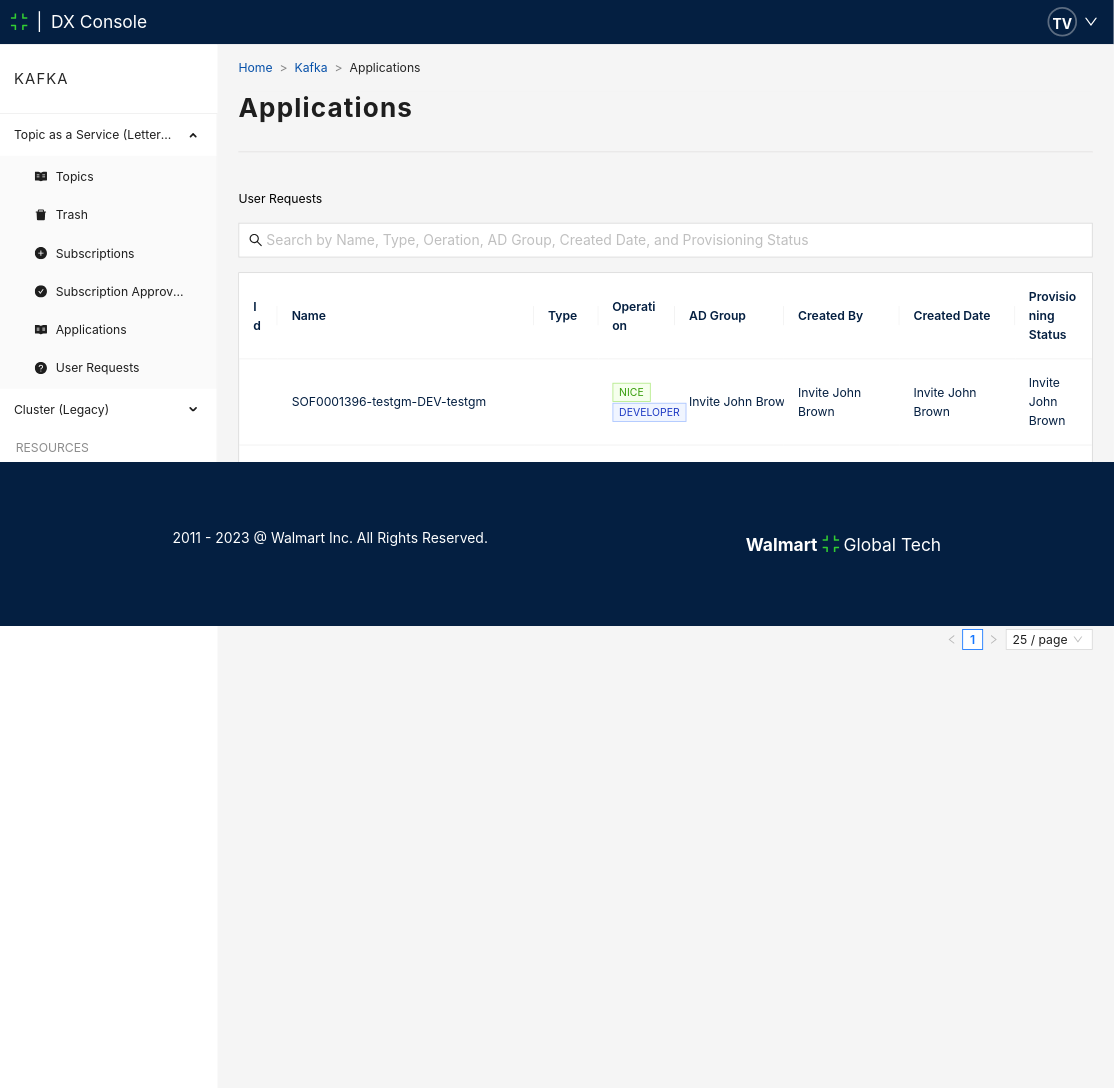
Repository: Qianying-Chai/kafka
Page: /kafka/requests
An editor plug-in stored every save of this project. The page is shown before and after the next save, followed by the edit.
The browser window is 1280 px wide. The pictures show the whole page, at 87% of full size.
The project was rebuilt for these pictures with package versions that can differ from the ones it lists, and the page was loaded fresh each time. Also part of the build but not shown: src/pages/Taas/Topics/Topics.jsx, src/pages/Taas/Trash/Style/Trash.css, src/pages/Taas/Trash/Trash.jsx, src/pages/Taas/SubscriptionApprovals/SubscriptionApprovals.jsx, src/pages/Taas/Subscriptions/SubscriptionsNonProxy/SubscriptionsNonProxy.jsx, src/pages/Taas/Subscriptions/SubscriptionsProxy/SubscriptionsProxy.jsx, src/pages/Taas/Applications/Applications.jsx, src/pages/Components/ComponentsCard.jsx and 6 more.

Above is the page before, as saved 2024-01-12 22:38:48.

### src/index.js
import React from "react";
import ReactDOM from "react-dom/client";
import App from "./App";
import { BrowserRouter } from "react-router-dom";
import { Provider } from "react-redux";
import store from "../src/redux/store";
import "./style/index.css";

const root = ReactDOM.createRoot(document.getElementById("root"));
root.render(
  <Provider store={store}>
    <BrowserRouter>
      <App />
    </BrowserRouter>
  </Provider>
);

### src/App.js
import Header from "./pages/common/Header";
import Sider from "./pages/common/Sider.jsx";
import categoryConstants from "./pages/common/categoryConstants";
import Topics from "./pages/Taas/Topics/Topics";
import Trash from "./pages/Taas/Trash/Trash";
import SubscriptionApprovals from "./pages/Taas/SubscriptionApprovals/SubscriptionApprovals";
import SubscriptionsNonProxy from "./pages/Taas/Subscriptions/SubscriptionsNonProxy/SubscriptionsNonProxy";
import SubscriptionsProxy from "./pages/Taas/Subscriptions/SubscriptionsProxy/SubscriptionsProxy";
import Applications from "./pages/Taas/Applications/Applications";
import UserRequests from "./pages/Taas/UserRequests/UserRequests";
import Clusters from "./pages/Cluster/Clusters";
import MigratedClusters from "./pages/Cluster/MigratedClusters";
import Subscription from "./pages/Cluster/Subscription";
import UserRequestsLegacy from "./pages/Cluster/UserRequestsLegacy";
import Support from "./pages/Resources/Support";
import Footer from "./pages/common/Footer";
import { Routes, Route } from "react-router-dom";
import { Layout } from "antd";

function App() {
  return (
    <div className="App">
      <Layout>
        <Header />
        <Layout>
          <Sider />
          <Layout
            style={{
              padding: "0 24px 24px",
              height: "fit-content",
            }}
          >
            <Routes>
              <Route
                path={`kafka/${categoryConstants.TOPICS.toLowerCase()}`}
                element={<Topics />}
              />
              <Route
                path={`kafka/${categoryConstants.TRASH.toLowerCase()}`}
                element={<Trash />}
              />
              <Route
                path={`kafka/${categoryConstants.SUBSCRIPTIONS.toLowerCase()}_active_tab=nonProxy`}
                element={<SubscriptionsNonProxy />}
              />
              <Route
                path={`kafka/${categoryConstants.SUBSCRIPTIONS.toLowerCase()}_active_tab=proxy`}
                element={<SubscriptionsProxy />}
              />
              <Route
                path={`kafka/subscriptionRequests`}
                element={<SubscriptionApprovals />}
              />
              <Route
                path={`kafka/${categoryConstants.APPLICATIONS.toLowerCase()}`}
                element={<Applications />}
              />
              <Route path={`kafka/requests`} element={<UserRequests />} />
              <Route
                path={`kafka/${categoryConstants.CLUSTERS.toLowerCase()}`}
                element={<Clusters />}
              />
              <Route
                path={`kafka/mps-clusters-subscriptions`}
                element={<MigratedClusters />}
              />
              <Route
                path={`kafka/${categoryConstants.SUBSCRIPTION.toLowerCase()}`}
                element={<Subscription />}
              />
              <Route
                path={`kafka/legacy-requests`}
                element={<UserRequestsLegacy />}
              />
              <Route
                path={`kafka/${categoryConstants.SUPPORT.toLowerCase()}`}
                element={<Support />}
              />
            </Routes>
          </Layout>
        </Layout>
        <Footer />
      </Layout>
    </div>
  );
}

export default App;

### src/redux/store.jsx
import { configureStore } from "@reduxjs/toolkit";
import reducer from "./reducer";
const store = configureStore({ reducer: reducer });
export default store;

### src/pages/common/Header.jsx
import React from "react";
import "./Style/Header.css";
import { CompressOutlined, UpOutlined, DownOutlined } from "@ant-design/icons";
import { Layout } from "antd";
import { useState } from "react";
const Header = () => {
  const [login, setLogin] = useState(true);

  return (
    <Layout>
      <Layout.Header className="header">
        <div className="header-content-left">
          <CompressOutlined className="header-left-icon" />
          <span className="header-left-divider">|</span>
          <span className="header-left-dx-console">DX Console </span>
        </div>
        <div className="header-content-right">
          <div className="user">
            <div className="user-icon">TV</div>
            {login ? (
              <DownOutlined
                className="login-button"
                onClick={() => {
                  setLogin((state) => !state);
                }}
              />
            ) : (
              <UpOutlined
                className="logout-button"
                onClick={() => {
                  setLogin((state) => !state);
                }}
              />
            )}
          </div>
          <div
            className="logout-pop-up"
            style={{
              display: login ? "none" : "block",
            }}
          >
            LOGOUT
          </div>
        </div>
      </Layout.Header>
    </Layout>
  );
};
export default Header;

### src/pages/common/Sider.jsx
import React from "react";
import { Link } from "react-router-dom";
import "./Style/Sider.css";
import {
  ReadFilled,
  DeleteFilled,
  PlusCircleFilled,
  CheckCircleFilled,
  QuestionCircleFilled,
  HddFilled,
  SettingFilled,
} from "@ant-design/icons";
import { Layout, Menu, theme, ConfigProvider } from "antd";
import categoryConstants from "./categoryConstants";

const Sider = () => {
  const {
    token: { colorBgContainer },
  } = theme.useToken();

  const items = [
    {
      key: "Topic as a Service (Lettera)",
      label: "Topic as a Service (Lettera)",
      children: [
        {
          key: "Topics",
          label: (
            <Link to={`kafka/${categoryConstants.TOPICS.toLowerCase()}`}>
              {categoryConstants.TOPICS}
            </Link>
          ),
          icon: React.createElement(ReadFilled),
        },
        {
          key: "Trash",
          label: (
            <Link to={`kafka/${categoryConstants.TRASH.toLowerCase()}`}>
              {categoryConstants.TRASH}
            </Link>
          ),
          icon: React.createElement(DeleteFilled),
        },
        {
          key: "Subscriptions",
          label: (
            <Link
              to={`kafka/${categoryConstants.SUBSCRIPTIONS.toLowerCase()}_active_tab=nonProxy`}
            >
              {categoryConstants.SUBSCRIPTIONS}
            </Link>
          ),
          icon: React.createElement(PlusCircleFilled),
        },
        {
          key: "Subscription Approvals",
          label: (
            <Link to={`kafka/subscriptionRequests`}>
              {categoryConstants.SUBSCRIPTIONS_APPROVALS.replace("_", " ")}
            </Link>
          ),
          icon: React.createElement(CheckCircleFilled),
        },
        {
          key: "Applications",
          label: (
            <Link to={`kafka/${categoryConstants.APPLICATIONS.toLowerCase()}`}>
              {categoryConstants.APPLICATIONS}
            </Link>
          ),
          icon: React.createElement(ReadFilled),
        },
        {
          key: "User Requests",
          label: (
            <Link to={`kafka/requests`}>
              {categoryConstants.USER_REQUESTS.replace("_", " ")}
            </Link>
          ),
          icon: React.createElement(QuestionCircleFilled),
        },
      ],
    },
    {
      label: <div>Cluster (Legacy)</div>,
      key: "Cluster (Legacy)",
      children: [
        {
          key: "Clusters",
          label: (
            <Link to={`kafka/${categoryConstants.CLUSTERS.toLowerCase()}`}>
              {categoryConstants.CLUSTERS}
            </Link>
          ),
          icon: React.createElement(HddFilled),
        },
        {
          key: "Migrated Clusters",
          label: (
            <Link to={`kafka/mps-clusters-subscriptions`}>
              {categoryConstants.MIGRATED_CLUSTERS.replace("_", " ")}
            </Link>
          ),
          icon: React.createElement(HddFilled),
        },
        {
          key: "Subscription",
          label: (
            <Link to={`kafka/${categoryConstants.SUBSCRIPTION.toLowerCase()}`}>
              {categoryConstants.SUBSCRIPTION}
            </Link>
          ),
          icon: React.createElement(PlusCircleFilled),
        },
        {
          key: "User Requests (Legacy)",
          label: (
            <Link to={`kafka/legacy-requests`}>User Requests (Legacy)</Link>
          ),
          icon: React.createElement(QuestionCircleFilled),
        },
      ],
    },
    {
      label: <div>RESOURCES</div>,
      type: "group",
      key: "RESOURCES",
      children: [
        {
          key: "Supprot",
          label: (
            <Link to={`kafka/${categoryConstants.SUPPORT.toLowerCase()}`}>
              {categoryConstants.SUPPORT}
            </Link>
          ),
          icon: React.createElement(SettingFilled),
        },
      ],
    },
  ];

  return (
    <ConfigProvider
      theme={{
        components: {
          Menu: {
            itemHoverBg: "",
            itemHoverColor: "#1890ff",
            padding: 30,
          },
          Tabs: {
            inkBarColor: "rgb(4, 31, 65)",
          },
        },
      }}
    >
      <Layout.Sider
        className="sider"
        width={"250px"}
        style={{
          background: colorBgContainer,
        }}
      >
        <div className="slider-top">
          <span className="slider-top-content">KAFKA</span>
        </div>
        <div
          style={{
            marginLeft: "-12px",
          }}
        >
          <div></div>
          <Menu
            mode="inline"
            items={items}
            defaultOpenKeys={["Topic as a Service (Lettera)", "RESOURCES"]}
            style={{
              color: "#041f41",
            }}
          />
        </div>
      </Layout.Sider>
    </ConfigProvider>
  );
};
export default Sider;

### src/pages/common/categoryConstants.jsx
const categoryConstants = {
  TOPICS: "Topics",
  TRASH: "Trash",
  SUBSCRIPTIONS: "Subscriptions",
  SUBSCRIPTIONS_APPROVALS: "Subscription Approvals",
  APPLICATIONS: "Applications",
  USER_REQUESTS: "User Requests",
  CLUSTERS: "Clusters",
  MIGRATED_CLUSTERS: "Migrated Clusters",
  SUBSCRIPTION: "Subscription",
  USERE_REQUESTS_LEGACY: "User Requests Legacy",
  SUPPORT: "Support",
};

export default categoryConstants;

### src/pages/Taas/UserRequests/UserRequests.jsx
import React from "react";
import ComponentsContent from "../../Components/ComponentsContent";

import ComponentsTable from "../../Components/ComponentsTable";
import ComponentsInput from "../../Components/ComponentsInput";
import ComponentsPagination from "../../Components/ComponentsPagination";
import categoryConstants from "../../common/categoryConstants";
import ComponentsTitle from "../../Components/ComponentsTitle";
import ComponentsBreadcrumb from "../../Components/ComponentsBreadcrumb";

import { Space, Tag } from "antd";

const UserRequests = () => {
  const columns = [
    {
      title: "Id",
      dataIndex: "Id",
      key: "Id",
      width: "6%",
      render: (text) => <a>{text}</a>,
    },
    {
      title: "Name",
      dataIndex: "Name",
      key: "Name",
      width: "40%",
      render: (_, record) => (
        <Space size="middle">
          <a> SOF0001396-testgm-DEV-testgm</a>
        </Space>
      ),
    },
    {
      title: "Type",
      dataIndex: "Type",
      key: "Type",
      width: "10%",
    },
    {
      title: "Operation",
      key: "Operation",
      dataIndex: "Operation",
      width: "12%",
      render: (_, { tags }) => (
        <>
          {tags.map((tag) => {
            let color = tag.length > 5 ? "geekblue" : "green";
            if (tag === "loser") {
              color = "volcano";
            }
            return (
              <Tag color={color} key={tag}>
                {tag.toUpperCase()}
              </Tag>
            );
          })}
        </>
      ),
    },
    {
      title: "AD Group",
      key: "AD Group",
      width: "17%",
      ellipsis: true,
      render: (_, record) => (
        <Space size="middle">
          <a>Invite {record.name}</a>
        </Space>
      ),
    },
    {
      title: "Created By",
      key: "Created By",
      width: "18%",
      render: (_, record) => (
        <Space size="middle">
          <a>Invite {record.name}</a>
        </Space>
      ),
    },
    {
      title: "Created Date",
      key: "Created Date",
      width: "18%",

      render: (_, record) => (
        <Space size="middle">
          <a>Invite {record.name}</a>
        </Space>
      ),
    },
    {
      title: "Provisioning Status",
      key: "Provisioning Status",
      width: "12%",
      render: (_, record) => (
        <Space size="middle">
          <a>Invite {record.name}</a>
        </Space>
      ),
    },
  ];
  const data = [
    {
      key: "1",
      name: "John Brown",
      age: 32,
      address: "New York No. 1 Lake Park",
      tags: ["nice", "developer"],
    },
    {
      key: "2",
      name: "Jim Green",
      age: 42,
      address: "London No. 1 Lake Park",
      tags: ["loser"],
    },
    {
      key: "3",
      name: "Joe Black",
      age: 32,
      address: "Sydney No. 1 Lake Park",
      tags: ["cool", "teacher"],
    },
  ];
  return (
    <>
      <div>
        <ComponentsBreadcrumb
          items={[
            {
              title: "Home",
            },
            {
              title: "Kafka",
            },
            {
              title: "Applications",
            },
          ]}
        />
        <div className="content-banner">
          <ComponentsTitle title={categoryConstants.APPLICATIONS} />
        </div>
      </div>
      {/* <ComponentsTitle title={categoryConstants.USER_REQUESTS}> */}
      <p className="content-text">User Requests</p>
      <ComponentsInput
        placeholder={
          "Search by Name, Type, Oeration, AD Group, Created Date, and Provisioning Status"
        }
      />
      <ComponentsTable columns={columns} data={data} />
      <ComponentsPagination defaultPageSize={25} total={25} />
      {/* </ComponentsTitle> */}
    </>
  );
};
export default UserRequests;

### src/pages/common/Footer.jsx
import React from "react";
import { Layout } from "antd";
import { CompressOutlined } from "@ant-design/icons";
import "./Style/Footer.css";

const Footer = () => {
  return (
    <Layout.Footer className="footer">
      <div className="footer-text-left">
        2011 - 2023 @ Walmart Inc. All Rights Reserved.
      </div>
      <div className="footer-text-right">
        <span className="footer-text-right-walmart">Walmart</span>
        <CompressOutlined className="footer-icon" />
        <span className="footer-text-right-global-tech">Global Tech</span>
      </div>
    </Layout.Footer>
  );
};

export default Footer;

### src/redux/reducer.jsx
import { SET_PATH_NAME, SET_SELECTED_TAAS_SUBSCRIPTIONS } from "./constants";
const initialState = {
  pathName: "",
  selectedTaasSubscriptions: "nonProxy",
};
const reducer = (state = initialState, action) => {
  const { type, payload } = action;
  switch (type) {
    case SET_PATH_NAME:
      return { ...state, pathName: payload };
    case SET_SELECTED_TAAS_SUBSCRIPTIONS:
      return { ...state, selectedTaasSubscriptions: payload };
    default:
      return state;
  }
};

export default reducer;

### src/pages/common/Style/Header.css
.header {
  justify-content: space-between;
  padding: 0 12px;
  background-color: rgb(4, 31, 65);
  height: 51px;
  line-height: 51px;
  color: #ffffff;
}

.header,
.user {
  display: flex;
}

.header-content-left {
  font-size: 20px;
}

.header-left-icon {
  color: #32cd32;
}

.header-left-divider {
  margin: 0 10px;
}

.header-content-right {
  font-weight: bolder;
  flex-direction: column;
  font-size: 1rem;
  width: 76px;
  padding-left: 12px;
}

.user {
  margin: 8px 0px;
}
.user-icon {
  height: 34px;
  line-height: 34px;
  width: 34px;
  border-radius: 50%;
  text-align: center;
}
.user-icon,
.logout-pop-up {
  border: 2px solid rgba(225, 225, 225, 0.4);
}

.login-button,
.logout-button {
  padding-left: 8px;
}

.logout-pop-up {
  transition: all 10s ease-out;
  width: 100px;
  height: 60px;
  line-height: 60px;
  position: absolute;
  right: 0px;
  z-index: 999;
  font-size: 15px;
  letter-spacing: 1pt;
  text-align: center;
  justify-content: center;
  color: rgb(94, 91, 91);
  box-shadow: 0px 0px 4px 4px rgba(176, 174, 174, 0.4);
}

### src/pages/common/Style/Sider.css
.sider {
  min-height: 1200px;
}

.slider-top {
  height: 80px;
  border-bottom: 1px solid rgb(239, 239, 239);
}
.slider-top-content {
  height: 100%;
  display: flex;
  align-items: center;
  margin-left: 16px;
  letter-spacing: 1pt;
  font-size: 17px;
  color: #000000d9;
}

### src/pages/Components/ComponentsTable.jsx
import { ConfigProvider, Table } from "antd";

const ComponentsTable = (props) => {
  return (
    <ConfigProvider
      theme={{
        components: {
          Table: {
            headerBg: "#ffffff",
            headerColor: "#041F41",
          },
        },
        token: {
          colorLink: "rgb(4, 31, 65)",
          borderRadius: 0,
        },
      }}
    >
      <Table
        style={{ border: "1px solid	#d7d7d7", margin: "12px 0" }}
        columns={props.columns}
        dataSource={props.data}
        pagination={false}
      />
    </ConfigProvider>
  );
};

export default ComponentsTable;

### src/pages/Components/ComponentsInput.jsx
import { SearchOutlined } from "@ant-design/icons";
import { Input } from "antd";

const ComponentsInput = (props) => {
  return (
    <>
      <Input
        size="large"
        placeholder={props.placeholder}
        prefix={<SearchOutlined />}
        style={{ borderRadius: "0px", marginBottom: "5px" }}
      />
    </>
  );
};

export default ComponentsInput;

### src/pages/Components/ComponentsPagination.jsx
import React from "react";
import { Pagination, ConfigProvider } from "antd";

const ComponentsPagination = (props) => {
  return (
    <>
      <ConfigProvider
        theme={{
          token: {
            borderRadius: 0,
          },
        }}
      >
        <Pagination
          defaultCurrent={1}
          size="small"
          showSizeChanger
          showQuickJumper={props.showQuickJumper}
          defaultPageSize={props.defaultPageSize}
          total={props.total}
          style={{ display: "flex", justifyContent: "end" }}
        />
      </ConfigProvider>
    </>
  );
};

export default ComponentsPagination;

### src/pages/Components/ComponentsBreadcrumb.jsx
import React from "react";
import { Breadcrumb, ConfigProvider } from "antd";

const ComponentsBreadcrumb = (props) => {
  return (
    <ConfigProvider
      theme={{
        components: {
          Breadcrumb: {
            lastItemColor: "#000000D9",
            linkColor: "#075179",
            itemColor: "#0751A9",
            linkHoverColor: "#F5F5F5",
          },
          token: {
            colorBgTextHover: "#F5F5F5",
          },
        },
      }}
    >
      <div>
        <Breadcrumb
          style={{
            margin: "16px 0",
          }}
          separator=">"
          items={props.items}
        ></Breadcrumb>
      </div>
    </ConfigProvider>
  );
};
export default ComponentsBreadcrumb;

### src/pages/Components/ComponentsTitle.jsx
import React from "react";
import { Typography, ConfigProvider } from "antd";
const { Title } = Typography;

const ComponentsTitle = (props) => {
  return (
    <>
      <ConfigProvider
        theme={{
          components: {
            token: {
              colorText: "#041E42",
            },
          },
        }}
      >
        <Title level={2} style={{ fontWeight: "bold" }}>
          {props.title}
        </Title>
      </ConfigProvider>
    </>
  );
};

export default ComponentsTitle;

### src/pages/common/Style/Footer.css
.footer {
  text-emphasis-style: center;
  background-color: #041f41;
  color: white;
  display: flex;
  justify-content: space-around;
  height: 189px;
  align-items: center;
  width: 100%;
  position: fixed;
  bottom: 0;
}

.footer-icon {
  font-size: 20px;
  color: #32cd32;
}

.footer-text-left {
  font-size: 16px;
  margin-bottom: 16px;
}

.footer-text-right {
  font-size: 20px;
}

.footer-text-right-walmart {
  font-weight: bold;
  padding-right: 5px;
}

.footer-text-right-global-tech {
  padding-left: 5px;
}

### src/redux/constants.jsx
const SET_PATH_NAME = "SET_PATH_NAME";
const SET_SELECTED_TAAS_SUBSCRIPTIONS = "SET_SELECTED_TAAS_SUBSCRIPTIONS";
export { SET_PATH_NAME };
export { SET_SELECTED_TAAS_SUBSCRIPTIONS };

### src/pages/common/Style/Content.css
.content-banner {
  height: 70px;
  display: flex;
  justify-content: space-between;
  background-color: #f5f5f5;
  color: #041e42;
  letter-spacing: 1pt;
  border-bottom: 1px solid rgba(167, 164, 164, 0.3);
  margin-bottom: 20px;
  padding-bottom: 15px;
}

.content-banner-button {
  background-color: #041f41;
  color: #ffffff;
}

.content-text {
  margin: 24px 0 20px;
}

### src/pages/Components/ComponentsContent.jsx
import React from "react";
import "../common/Style/Content.css";
import { Layout, theme } from "antd";

const ComponentsContent = (props) => {
  const {
    token: { colorBgContainer },
  } = theme.useToken();

  return (
    <div>
      <Layout.Content
        style={{
          padding: "20px 32px 32px",
          minHeight: 280,
          background: colorBgContainer,
        }}
        {...props}
      ></Layout.Content>
    </div>
  );
};
export default ComponentsContent;

Loaded but not shown: public/index.html (common file); src/style/index.css (common file)

After the next save:
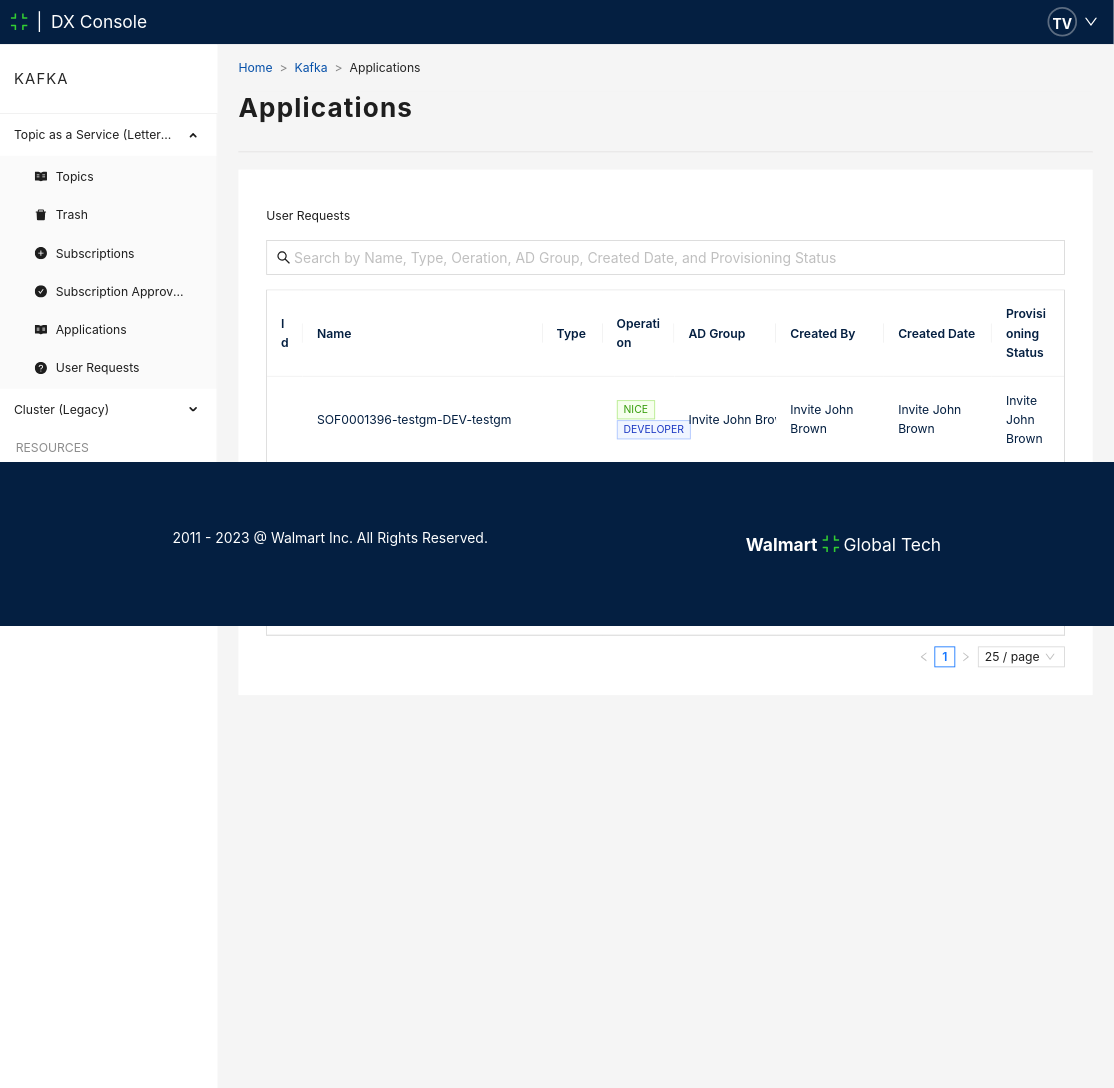
Saved 2 min 47 s later.
--- a/src/pages/Taas/UserRequests/UserRequests.jsx
+++ b/src/pages/Taas/UserRequests/UserRequests.jsx
@@ -144,14 +144,16 @@
         </div>
       </div>
       {/* <ComponentsTitle title={categoryConstants.USER_REQUESTS}> */}
-      <p className="content-text">User Requests</p>
-      <ComponentsInput
-        placeholder={
-          "Search by Name, Type, Oeration, AD Group, Created Date, and Provisioning Status"
-        }
-      />
-      <ComponentsTable columns={columns} data={data} />
-      <ComponentsPagination defaultPageSize={25} total={25} />
+      <ComponentsContent>
+        <p className="content-text">User Requests</p>
+        <ComponentsInput
+          placeholder={
+            "Search by Name, Type, Oeration, AD Group, Created Date, and Provisioning Status"
+          }
+        />
+        <ComponentsTable columns={columns} data={data} />
+        <ComponentsPagination defaultPageSize={25} total={25} />
+      </ComponentsContent>
       {/* </ComponentsTitle> */}
     </>
   );
